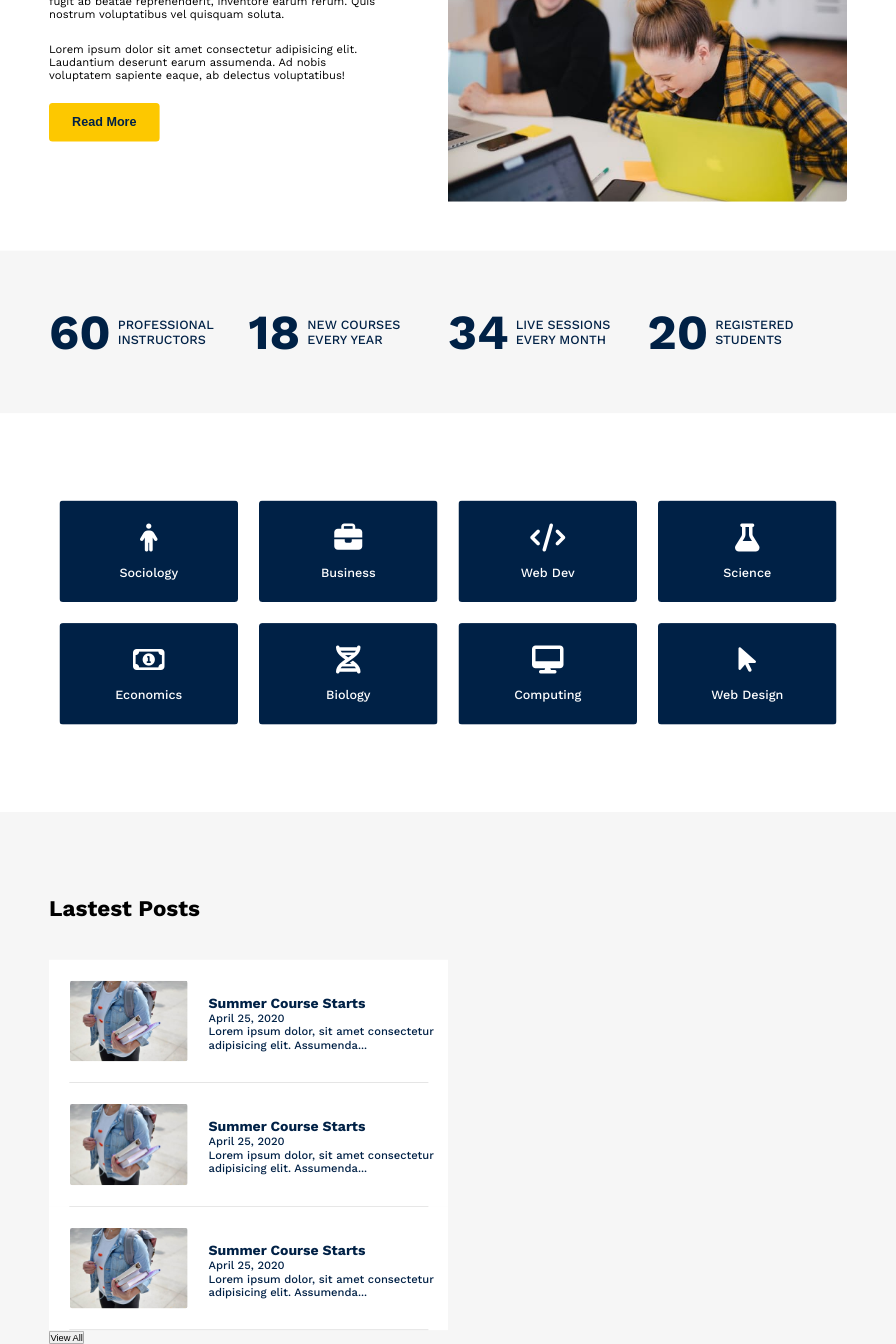
Repository: giahuy405/BC38__Mastery__Pham_Gia_Huy
Page: index.html
These files come from the project's save history. The page is drawn as it stood at one moment and after the next save; the edit follows.
The browser window is 1280 px wide. The pictures show the part of the page from y = 873 to 2793 px (the page is 2793 px tall), at 70% of full size.

Above is the page before, as saved 2022-09-10 01:30:55.

### index.html
<!DOCTYPE html>
<html lang="en">
<head>
    <meta charset="UTF-8">
    <meta http-equiv="X-UA-Compatible" content="IE=edge">
    <meta name="viewport" content="width=device-width, initial-scale=1.0">
    <title>Document</title>
    <link href="https://fonts.googleapis.com/css2?family=Montserrat:wght@300;400;500;700;900&family=Work+Sans:wght@300;400;500;700&display=swap" rel="stylesheet">
    <link rel="stylesheet" href="https://cdnjs.cloudflare.com/ajax/libs/font-awesome/6.2.0/css/all.min.css">
    <link rel="stylesheet" href="./index.css">
</head>
<body>
    <header>
        <div class="container">
            <i class="fa-solid fa-pen-to-square"></i>
            <div class="header__title">
                <h1>Mastery</h1>
            </div>
        </div>
    </header>
    <nav>
        <div class="container">
            <ul>
                <li><div class="wrapper"><span class="square individual"><a class="ninth before after"  href="#">Home</a></span></div></li>
                <li><div class="wrapper"><span class="square individual"><a class="ninth before after"  href="#">About</a></span></div></li>
                <li><div class="wrapper"><span class="square individual"><a class="ninth before after"  href="#">Services</a></span></div></li>
                <li><div class="wrapper"><span class="square individual"><a class="ninth before after"  href="#">Contact</a></span></div></li>
            </ul>
        </div>
    </nav>
    <div class="carousel">
        <img src="./img/carousel__website.png" alt="">
    </div>
    <div class="welcome container">
        <div class="welcome__content">
            <h1>Welcome To Our Campus</h1>
            <p>Lorem ipsum dolor sit amet consectetur adipisicing elit. Quasi est saepe possimus quisquam dolor ducimus blanditiis, eius fugit ab beatae reprehenderit, inventore earum rerum. Quis nostrum voluptatibus vel quisquam soluta.</p>

            <p>Lorem ipsum dolor sit amet consectetur adipisicing elit. Laudantium deserunt earum assumenda. Ad nobis voluptatem sapiente eaque, ab delectus voluptatibus!</p>
            <button>Read More</button>
        </div>
        <div class="welcome__img">
            <img src="./img/g1.jpg" alt="">
        </div>
        <div class="clear"></div>
    </div>
    <div class="information">
       <div class="container">
            <div class="information__content">
                <div class="information__title">
                    <h1>60</h1>
                </div>
                <div class="information__desc">
                    <p>PROFESSIONAL</p>
                    <p>INSTRUCTORS</p>
                </div>
                <div class="clear"></div>
            </div>
            <div class="information__content">
                <div class="information__title">
                    <h1>18</h1>
                </div>
                <div class="information__desc">
                    <p>NEW COURSES</p>
                    <p>EVERY YEAR</p>
                </div>
                <div class="clear"></div>
            </div>
            <div class="information__content">
                <div class="information__title">
                    <h1>34</h1>
                </div>
                <div class="information__desc">
                    <p>LIVE SESSIONS</p>
                    <p>EVERY MONTH</p>
                </div>
                <div class="clear"></div>
            </div>
            <div class="information__content">
                <div class="information__title">
                    <h1>20</h1>
                </div>
                <div class="information__desc">
                    <p>REGISTERED</p>
                    <p>STUDENTS</p>
                </div>
                <div class="clear"></div>
            </div>
            <div class="clear"></div>
       </div>
    </div>
    <div class="cards">
        <div class="container">
            <div class="cards-top">
                <div class="card">
                    <a href="#">
                        <div class="card__item">
                            <i class="fa-solid fa-person"></i>
                            <p>Sociology</p>
                        </div>
                    </a>
                </div>
                <div class="card">
                    <a href="#">
                        <div class="card__item">
                            <i class="fa-solid fa-briefcase"></i>
                            <p>Business</p>
                        </div>
                    </a>
                </div>
                <div class="card">
                   <a href="#">
                        <div class="card__item">
                            <i class="fa-solid fa-code"></i>
                            <p>Web Dev</p>
                        </div>
                   </a>
                </div>
                <div class="card">
                   <a href="#">
                        <div class="card__item">
                            <i class="fa-solid fa-flask"></i>
                            <p>Science</p>
                        </div>
                   </a>
                </div>
                <div class="clear"></div>
            </div>
            <div class="card-bottom">
                <div class="card">
                    <a href="#">
                        <div class="card__item">
                            <i class="fa-regular fa-money-bill-1"></i>
                            <p>Economics</p>
                        </div>
                    </a>
                </div>
                <div class="card">
                   <a href="#">
                        <div class="card__item">
                            <i class="fa-solid fa-dna"></i>
                            <p>Biology</p>
                        </div>
                   </a>
                </div>
                <div class="card">
                    <a  href="#">
                        <div class="card__item">
                            <i class="fa-solid fa-desktop"></i>
                            <p>Computing</p>
                        </div>
                    </a>
                </div>
                <div class="card">
                    <a href="#">
                        <div class="card__item">
                            <i class="fa-solid fa-arrow-pointer"></i>
                            <p>Web Design</p>
                        </div>
                    </a>
                </div>
                <div class="clear"></div>
            </div>
        </div>
    </div>
    <div class="news">
        <div class="container">
            <div class="news__lastest-post">
                <h1>Lastest Posts</h1>
                <div class="lastest-post__items">
                    <div class="lastest-post__item">
                        <a href="#" title="Click to learn more">
                            <img src="./img/g9.jpg" alt="">
                            <div class="lastest-post__desc">
                                <h2 >Summer Course Starts</h2>
                                <p>April 25, 2020</p>
                                <p>Lorem ipsum dolor, sit amet consectetur adipisicing elit. Assumenda...</p>
                            </div>
                            <div class="clear"></div>
                        </a>
                        <hr noshade >
                    </div>

                    <div class="lastest-post__item">
                        <a href="#">
                            <img src="./img/g9.jpg" alt="">
                            <div class="lastest-post__desc">
                                <h2>Summer Course Starts</h2>
                                <p>April 25, 2020</p>
                                <p>Lorem ipsum dolor, sit amet consectetur adipisicing elit. Assumenda...</p>
                            </div>
                            <div class="clear"></div>
                        </a>
                        <hr noshade >
                    </div>
                    <div class="lastest-post__item">
                        <a href="#" >
                            <img src="./img/g9.jpg" alt="">
                            <div class="lastest-post__desc">
                                <h2>Summer Course Starts</h2>
                                <p>April 25, 2020</p>
                                <p>Lorem ipsum dolor, sit amet consectetur adipisicing elit. Assumenda...</p>
                            </div>
                            <div class="clear"></div>
                        </a>
                        <hr noshade >
                    </div>
                </div>
                <button>View All</button>
            </div>
            <div class="news__upcoming__events">

            </div>
            <div class="clear"></div>
        </div>
    </div>

</body>
</html>

### index.css
*{
    padding: 0;
    margin: 0;
    box-sizing: border-box;
}
.clear{
    clear: both;
}
html{
    font-size: 16px;
    font-family: 'Work Sans', sans-serif;
}
.container{
    width: 1140px;
    margin: 0 auto;
}
header{
    position: relative;
    margin-top: 15px;
}
.header__title{
    display: inline-block;
     position: absolute;
     top: -4px;
    left: 160px;
}
.header__title h1{
    font-size: 35px;
    color: #1b1d2d;
}
header i{
    background-color: #002146;
    height: 36px;
    width: 36px;
    border-radius: 50%;
    color: #fdc800;
    text-align: center;
    padding-top: 9px;

}
nav ul{
    list-style: none;
    margin-top: 15px;
    margin-left: 18px;

}
nav li{
    display: inline;
    margin-right: 30px;
}

 /*  Hover for Navigation bar */
.wrapper{
    margin:2em 0;
    display: inline;
    font-size: 7px;
}
 a, a:visited, a:hover, a:active{
    -webkit-backface-visibility:hidden;
            backface-visibility:hidden;
      position:relative;
    transition:0.5s color ease;
      text-decoration:none;
      color:#002146;
      font-size:2px;
      font-weight: 500;
}
 a:hover{
    color:#fdc800;
}
 a.before:before, a.after:after{
content: "";
transition:0.5s all ease;
-webkit-backface-visibility:hidden;
        backface-visibility:hidden;
position:absolute;
}
 a.before:before{
top:-0.25em;
}
 a.after:after{
bottom:-0.25em;
}
 a.before:before, a.after:after{
height:5px;
height:0.2rem;
width:0;
background:#fdc800;
}
 a.first:after{
left:0;
}
 a.second:after{
right:0;
}
 a.third:after, a.sixth:before, a.sixth:after{
left:50%;
-webkit-transform:translateX(-50%);
        transform:translateX(-50%);
}
a.fourth:before, a.fourth:after{
left:0;
}
 a.fifth:before, a.fifth:after{
right:0;
}
 a.seventh:before{
right:0;
}
 a.seventh:after{
left:0;
}
 a.eigth:before{
left:0;
}
 a.eigth:after{
right:0;
}
a.before:hover:before, a.after:hover:after{
width:100%;
}
.square{
box-sizing:border-box;
margin-left:-0.4em;
position:relative;
font-size:2.5em;
overflow:hidden;
}
.square a{
position:static;
font-size:100%;
padding:0.2em 0.4em;
}
.square:before,.square:after{
content: "";
box-sizing:border-box;
transition:0.25s all ease;
-webkit-backface-visibility:hidden;
        backface-visibility:hidden;
position:absolute;
width: 5px;
width:0.2rem;
height:0;
background:#fdc800;
}
.square:before{
left:0;
bottom:-0.2em;
}
.square.individual:before{
transition-delay:0.6s;
}
.square:after{
right:0;
top:-0.2em;
}
.square.individual:after{
transition-delay:0.2s;
}
.square a:before{
left:0;
transition:0.25s all ease;
}
.square a:after{
right:0;
transition:0.25s all ease;
}
.square.individual a:after{
transition:0.25s all ease 0.4s;
}
.square:hover:before,.square:hover:after{
height:calc(100% + 0.4em);
}
.square:hover  a:before,.square:hover a:after{
width:100%;
}


/* CAROUSEL / SLIDER */
.carousel{
    width: 100%;
    margin-top: 20px;
}
.carousel img{
max-width: 100%;
height: 597px;
}


/* create WELCOME */
.welcome{
    margin-top: 62px;
    margin-bottom: 66px;
}
.welcome__content h1{
    margin-bottom: 20px;
    color: #1b1d2d;
}
.welcome__content{
    padding-right: 80px;
}
.welcome__content p{
    margin-bottom: 30px;
}
.welcome__content button{
    padding: 17px 33px;
    font-size: 18px;
    font-weight:700;
    color: #002146;
    background-color: #fdc800;
    border: none;
    border-radius: 5px;
    cursor: pointer;
    transition: all 0.2s;
}
.welcome__content button:hover{
    background-color: #002146;
    color: #fdc800;
    box-shadow: 5px 5px 10px black;
}
.welcome__content,.welcome__img{
    width: 50%;
    float: left;
}
.welcome__img img{
    width: 100%;
    border-top-right-radius: 5px;
    border-bottom-right-radius: 5px;
}


/* create INFORMATION  */
.information{
    background-color: #f6f6f6;
    padding: 75px 0;
    margin-bottom: 110px;
}
.information__content{
    float: left;
    width: 25%;
}
.information__content h1{
    display: inline-block;
    font-size: 70px;
    color: #002146;

}
.information__title,.information__desc{
    float: left;
}
.information__desc p:first-child{
    margin-top:20px;
}
.information__desc p{
    margin-left: 10px;
    font-size: 18px;
    color: #002146;
    font-weight: 500;
}


/* create CARDS */
.cards{
    margin-bottom: 110px;
}
.card{
    float: left;
    width: 25%;
    text-align: center;
    padding: 15px;
}
.card__item{
    background-color: #002146;
    padding: 32px 50px;
    border-radius: 5px;
}
.card__item i{
    color: white;
    font-size: 40px;
}
.card__item p{
    color: white;
    font-size: 18px;
    margin-top: 20px;
}
.card a{
    cursor: pointer;
    transition: all 0.2s;
}
.card a:hover{
    opacity: 0.7;
}
.card:hover{
    box-shadow: 1px 1px 10px  black;
    border-radius: 5px;
}


/* NEWS */
.news{
    padding-top: 118px;
    background-color: #f6f6f6;
}
.news h1:first-child{
    margin-bottom: 55px;
}
.news__lastest-post,.news__upcoming__events{
    float: left;
    width: 50%;
}
.lastest-post__item{
    background-color: white;
}
.lastest-post__item img{
    width: 158px;
    border: 30px solid transparent;
    border-radius: 33px;
}
.lastest-post__item a img{
    float: left;
    width: 40%;
}
.lastest-post__desc{
    float: left;
    width: 60%;
    padding-top: 50px;
}
.lastest-post__desc h2{
    font-size: 20px;
}
.lastest-post__desc p{
    font-size: 16px;
}
.lastest-post__item hr{
    width:90%;
    margin: 0 auto;
    background-color: rgb(218, 218, 218);
    height: 1px;
    border: none;
}

After the next save:
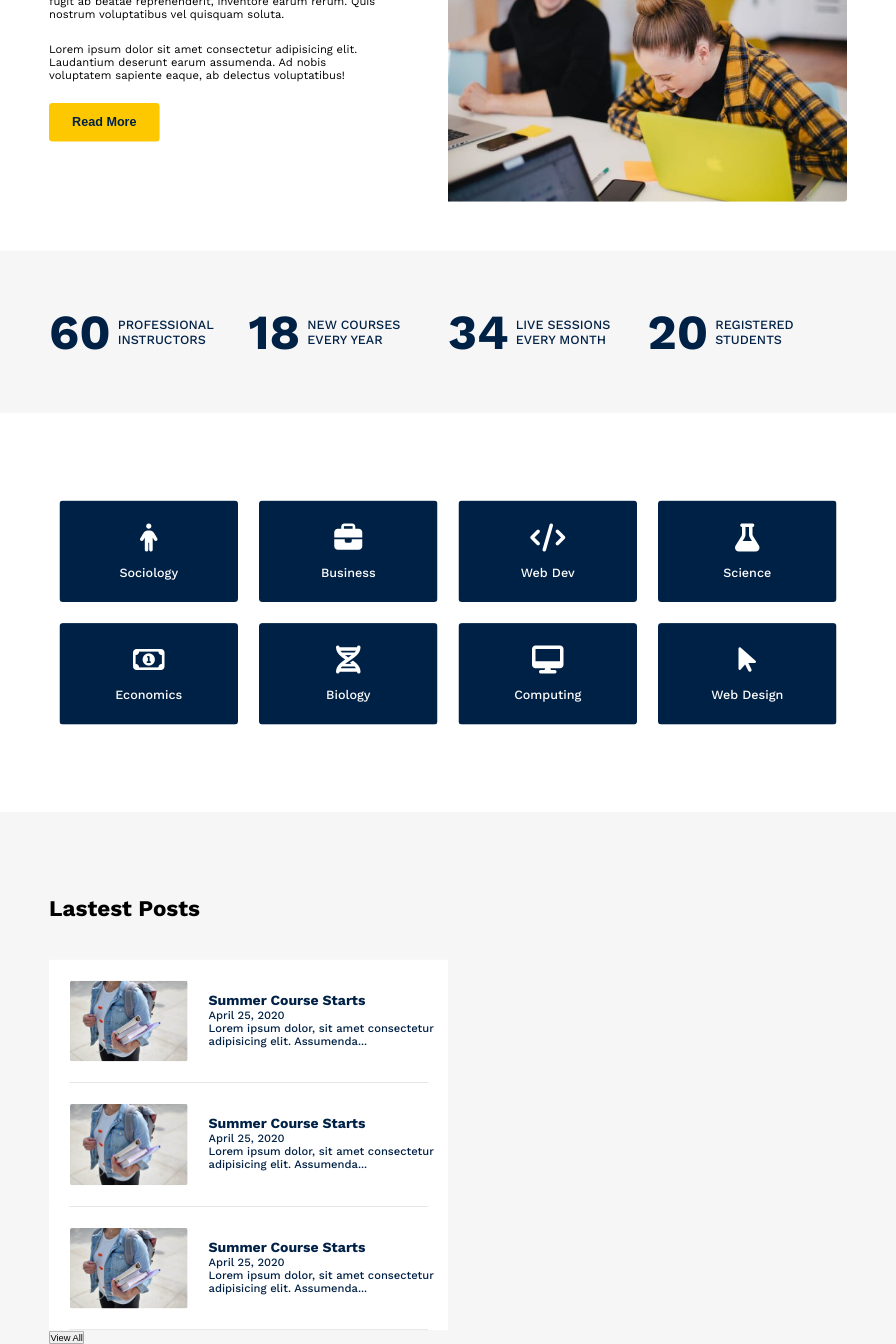
Saved 4 s later.
--- a/index.css
+++ b/index.css
@@ -323,7 +323,7 @@ height: 597px;
 .lastest-post__desc{
     float: left;
     width: 60%;
-    padding-top: 50px;
+    padding-top: 45px;
 }
 .lastest-post__desc h2{
     font-size: 20px;
